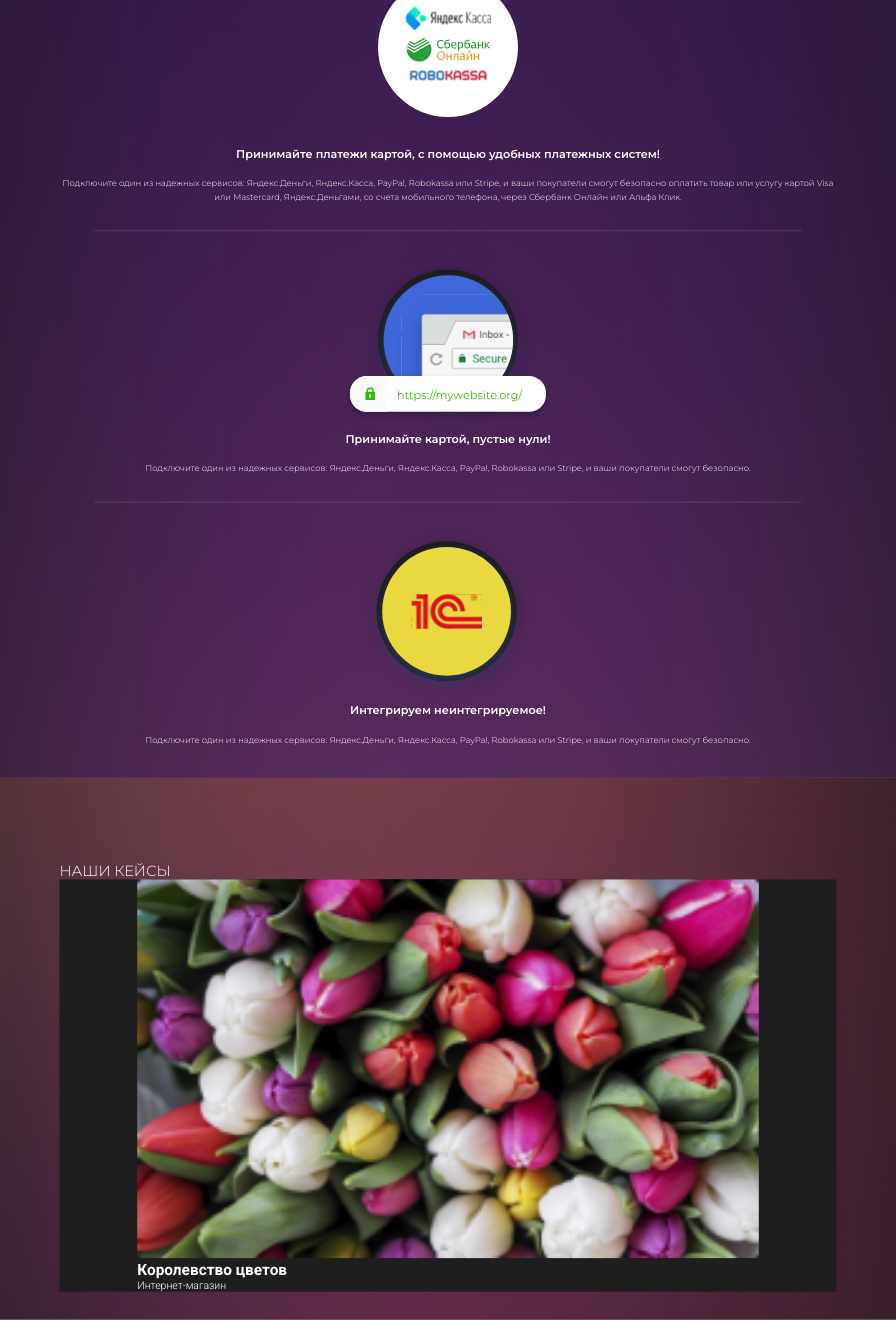
Repository: Gabi0605/my-tests
Page: web_alternative/index.html
The author's editor kept a copy of each file at every save. The page is drawn from the files as they stood at one save, then again after the next save.
The browser window is 1280 px wide. The pictures show the part of the page from y = 1745 to 3665 px (the page is 3631 px tall before and 3665 px after), at 70% of full size.
The style sheet was rebuilt from its Sass, Less or Tailwind sources for each picture, by a compiler version that may differ from the author's.

Above is the page before, as saved 2020-01-19 21:34:35.

### web_alternative/index.html
<!DOCTYPE html>
<html lang="ru">
<head>
    <meta charset="UTF-8">
    <meta name="viewport" content="width=device-width, initial-scale=1.0">
    <meta http-equiv="X-UA-Compatible" content="ie=edge">
    <title>WEB ALTERNATIVE</title>
    <link href="https://fonts.googleapis.com/css?family=Montserrat:300,400,600|Roboto:300,700&display=swap" rel="stylesheet">
    <link rel="stylesheet" href="css/bootstrap-grid.min.css">
    <link rel="stylesheet" href="css/style.css">
</head>
<body>
    <header>
        <div class="container">
            <div class="row">
                <div class="col-4">
                    <div class="logo">
                        <img src="img/svg/logo.svg" alt="">
                    </div>
                </div>
                <div class="col-2 offset-5">
                    <div class="burger">
                        <div class="rect"></div>
                        <div class="rect"></div>
                        <div class="rect"></div>
                    </div>
                </div>
            </div>
        </div>
    </header>
    <div class="call">
        <div class="container">
            <div class="e-commerce">
                <img src="img/svg/shopping-cart.svg" alt=""> E-commerce
            </div>
            <h2>
                Интернет-магазин принесет вам максимум прибыли!
            </h2>
            <div class="row">
                <div class="col-8 offset-2">
                    <img src="img/phone.png" alt="">
                </div>
            </div>
            <button>
                Заказать звонок
            </button>
            <p>Ответим на любой вопрос</p>
        </div>
    </div>
    <div class="work">
        <div class="container">
            <div class="row">
                <div class="col-10 offset-1">
                    <h2>Как мы работаем над вашим проектом</h2>
                </div>
            </div>
            <div class="items">
                <div class="item item-active">
                    <div class="row">
                        <div class="col-2 item__number">01</div>
                        <div class="col-8 item__p">
                            <p>Анализ целевой аудитории</p>
                        </div>
                        <div class="col-2 item__btn">
                            <button><img src="img/arrow-down.png" alt=""></button>
                        </div>
                    </div>
                </div>
                <div class="item">
                    <div class="row">
                        <div class="col-2 item__number">02</div>
                        <div class="col-8 item__p">
                            <p>Подготовка ТЗ</p>
                        </div>
                        <div class="col-2 item__btn">
                            <button><img src="img/arrow-down.png" alt=""></button>
                        </div>
                    </div>
                </div>
                <div class="item">
                    <div class="row">
                        <div class="col-2 item__number">03</div>
                        <div class="col-8 item__p">
                            <p>Подписание договора и оплата</p>
                        </div>
                        <div class="col-2 item__btn">
                            <button><img src="img/arrow-down.png" alt=""></button>
                        </div>
                    </div>
                </div>
                <div class="item">
                    <div class="row">
                        <div class="col-2 item__number">04</div>
                        <div class="col-8 item__p">
                            <p>Разработка сайта интернет-магазина</p>
                        </div>
                        <div class="col-2 item__btn">
                            <button><img src="img/arrow-down.png" alt=""></button>
                        </div>
                    </div>
                </div>
                <div class="item">
                    <div class="row">
                        <div class="col-2 item__number">05</div>
                        <div class="col-8 item__p">
                            <p>Настройка и наполнение интернет-магазина</p>
                        </div>
                        <div class="col-2 item__btn">
                            <button><img src="img/arrow-down.png" alt=""></button>
                        </div>
                    </div>
                </div>
                <div class="item">
                    <div class="row">
                        <div class="col-2 item__number">06</div>
                        <div class="col-8 item__p">
                            <p>Привлечение покупателей</p>
                        </div>
                        <div class="col-2 item__btn">
                            <button><img src="img/arrow-down.png" alt=""></button>
                        </div>
                    </div>
                </div>
            </div>
        </div>
    </div>
    <div class="pay">
        <div class="container">
            <div class="row">
                <div class="col-12">
                    <div class="pay__circle pay__circle">
                        <img src="img/svg/yandex.svg" alt="">
                        <img src="img/svg/sber.svg" alt="">
                        <img src="img/svg/robokassa.svg" alt="">
                    </div>
                </div>
                <div class="col-12">
                    <h2>Принимайте платежи картой,
                        с помощью удобных
                        платежных систем!</h2>
                    <p class="line">Подключите один из надежных сервисов: Яндекс.Деньги, Яндекс.Касса, PayPal, Robokassa или Stripe, и ваши покупатели смогут безопасно оплатить товар или услугу картой Visa или Mastercard, Яндекс.Деньгами, со счета мобильного телефона, через Сбербанк Онлайн или Альфа Клик.</p>
                </div>
                <div class="col-12">
                    <div class="pay__img">
                        <img src="img/svg/website.svg" alt="" class="hun">
                    </div>
                    <h2>Принимайте картой, пустые нули!</h2>
                    <p class="line">Подключите один из надежных сервисов: Яндекс.Деньги, Яндекс.Касса, PayPal, Robokassa или Stripe, и ваши покупатели смогут безопасно.</p>
                </div>
                <div class="col-12">
                    <div class="pay__img">
                        <img src="img/svg/1c.svg" alt="" class="hun">
                    </div>
                    <h2>Интегрируем неинтегрируемое!</h2>
                    <p>Подключите один из надежных сервисов: Яндекс.Деньги, Яндекс.Касса, PayPal, Robokassa или Stripe, и ваши покупатели смогут безопасно.</p>
                </div>
            </div>
        </div>
    </div>
    <div class="cases">
        <div class="container">
            <div class="row">
                <div class="col-12">
                    <h2>Наши кейсы</h2>
                    <div class="case">
                        <div class="case__img">
                            <img src="img/flower.png" alt="">
                            <h3>Королевство цветов</h3>
                            <p>Интернет-магазин</p>
                        </div>
                    </div>
                </div>
            </div>
        </div>
    </div>
</body>
</html>

### web_alternative/less/style.less
*{
    margin: 0;
    padding: 0;
    box-sizing: border-box;
}
.montserrat{
    font-family: 'Montserrat', sans-serif;
}
.roboto{
    font-family: 'Roboto', sans-serif;
}
p{
    .montserrat;
    font-size: 12px;
    line-height: 15px;
}
@background: #171718;
@gray: #202020;
@burger: #292929;
@orange: #FF834E;
@darkorange: #DE774B;
body{
    .montserrat
}
img{
    max-width: 100%;
}
button{
    background: none;
    border: none;
    cursor: pointer;
    &:focus{
        outline: none;
    }
}

header{
    background: @gray;
    padding: 13px 0;
    .burger{
        background: @burger;
        border-radius: 50%;
        box-shadow: 0 0 10px rgba(0, 0, 0, 0.5);
        min-width: 35px;
        min-height: 35px;
        display: flex;
        flex-direction: column;
        justify-content: center;
        align-items: center;
        .rect{
            min-width: 17px;
            max-width: 50%;
            height: 1px;
            background: #fff;
            margin-bottom: 2px;
        }
    }
}
.call{
    background: @background;
    background-image: url(../img/mobile-background-block-one.png);
    background-size: cover;
    padding: 29px 0 15px;
    .e-commerce{
        color: @orange;
        font-weight: 600;
        font-size: 12px;
        line-height: 15px;
    }
    h2{
        color: #fff;
        font-weight: 600;
        font-size: 21px;
        line-height: 28px;
        padding: 10px 0 24px;
    }
    button{
        background: @orange;
        color: #fff;
        font-weight: 400;
        font-size: 16px;
        line-height: 20px;
        padding: 15px;
        border: none;
        width: 100%;
        text-align: left;
        position: relative;
        &::after{
            content: "";
            position: absolute;
            top: 0;
            bottom: 0;
            right: 0;
            width: 50px;
            background: @darkorange;
            background-image: url(../img/svg/Union.svg);
            background-repeat: no-repeat;
            background-position: center;
        }
    }
    p{
        font-weight: 300;
        font-size: 12px;
        line-height: 15px;
        color: #fff;
        text-align: center;
        padding-top: 10px;
    }
}
.work{
    padding: 40px 0 30px;
    h2{
        font-size: 14px;
        line-height: 17px;
        font-weight: 300;
        text-transform: uppercase;
        text-align: center;
        padding-bottom: 30px;
    }
    .items{
        position: relative;
        &::before{
            content: '';
            background: url(../img/svg/Vector.svg);
            position: absolute;
            top: 21px;
            bottom: 15px;
            left: -12px;
            width: 6px;
        }
    }
    .item{
        border-bottom: 1px solid rgba(0, 0, 0, 0.1);
        padding: 14px 0;
        &:last-child{
            border-bottom: none;
        }
        &__number{
            font-size: 32px;
            line-height: 39px;
            font-weight: 600;
        }
        &__p{
            text-transform: uppercase;
            font-size: 12px;
            line-height: 15px;
            font-weight: 600;
            display: flex;
            align-items: center;
        }
        &__btn{
            text-align: right;
            display: flex;
            align-items: center;
        }
        &-active{
            .item__number{
                color: @orange;
            }
            .item__p{
                text-transform: capitalize;
            }
        }
    }
}
.pay{
    background-color: @background;
    background-image: url(../img/mobile-background-block-two.png);
    background-position: center;
    background-repeat: no-repeat;
    background-size: cover;
    padding: 45px 0 5px;
    color: #fff;
    &__circle{
        width: 200px;
        height: 200px;
        background: #fff;
        border-radius: 50%;
        margin: 30px auto 40px;
        display: flex;
        flex-direction: column;
        align-items: center;
        justify-content: center;
        img{
            padding-bottom: 10px;
        }
    }
    &__img{
        text-align: center;
        padding-top: 40px;
    }
    h2{
        font-size: 16px;
        line-height: 25px;
        font-weight: 600;
        text-align: center;
    }
    p{
        font-size: 12px;
        line-height: 19px;
        font-weight: 300;
        text-align: center;
        padding: 20px 0 40px;
    }
    .line{
        position: relative;
        &::after{
            content: '';
            position: absolute;
            background: rgba(255, 255, 255, 0.1);
            height: 2px;
            bottom: 0;
            left: 50px;
            right: 50px;
        }
    }
}
.cases{
    background-color: @background;
    background-image: url(../img/mobile-background-block-three.png);
    background-position: center;
    background-repeat: no-repeat;
    background-size: cover;
    padding: 120px 0 40px;
    color: #fff;
    h2{
        text-transform: uppercase;
        font-size: 21px;
        line-height: 25px;
        font-weight: 300;
    }
    .case{
        background: #1E1E1F;
        &__img{
            width: 80%;
            margin: 0 auto;
            img{
                width: 100%;
            }
        }
        h3{
            .roboto;
            font-size: 22px;
            line-height: 26px;
            font-weight: 700;
        }
        p{
            .roboto;
            font-size: 15px;
            line-height: 18px;
            font-weight: 300;
        }
    }
}

Loaded but not shown: web_alternative/css/bootstrap-grid.min.css (library)

After the next save:
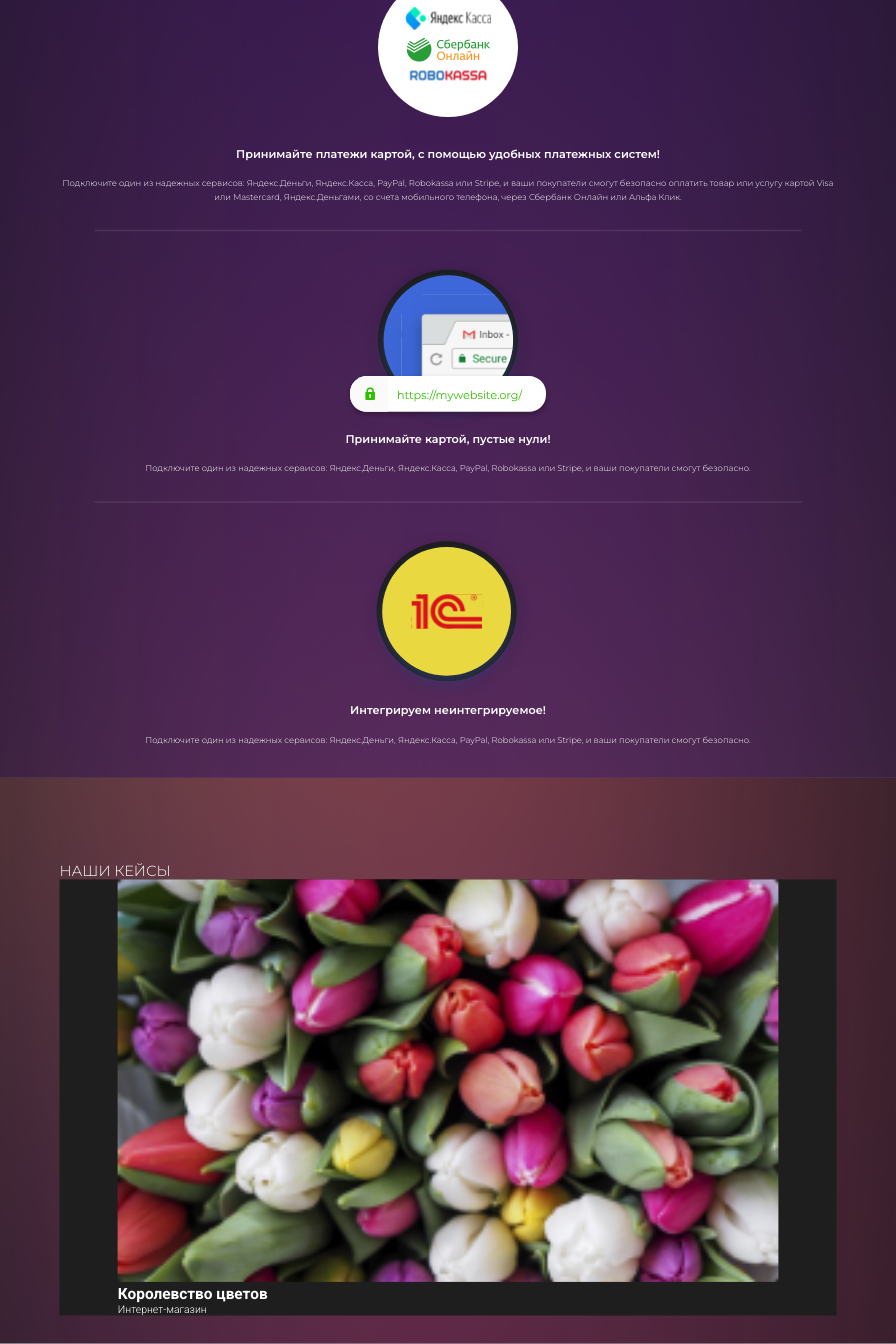
Saved 6 s later.
--- a/web_alternative/less/style.less
+++ b/web_alternative/less/style.less
@@ -232,7 +232,7 @@
     .case{
         background: #1E1E1F;
         &__img{
-            width: 80%;
+            width: 85%;
             margin: 0 auto;
             img{
                 width: 100%;
